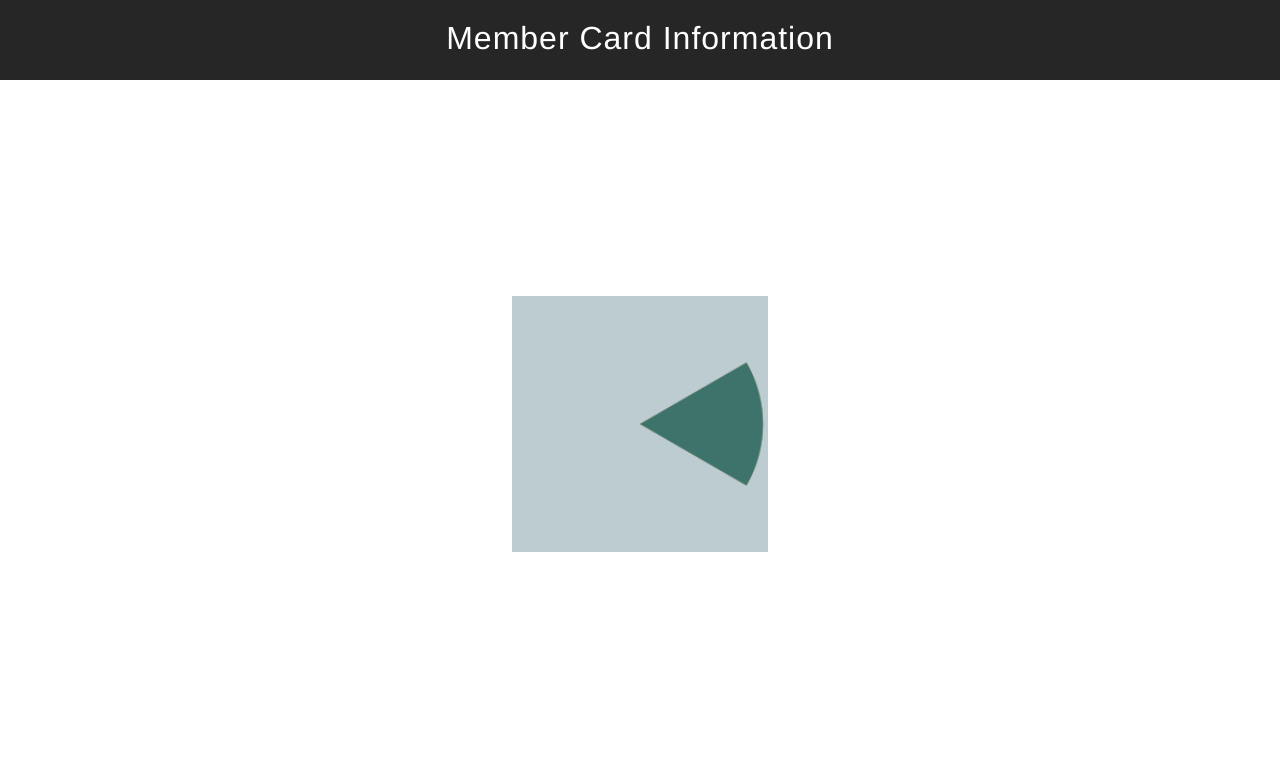
Repository: Leooook/lzhao-fed-test
Page: /
These files come from the project's save history. The page is drawn as it stood at one moment and after the next save; the edit follows.
The browser window is 1280 px wide. The pictures show the whole page.
The page's requests for data from a server got no answer. The project was rebuilt for these pictures with package versions that can differ from the ones it lists, and the page was loaded fresh each time. No one was signed in, and anything a server would have sent is missing. Also part of the build but not shown: src/components/detail.jsx.

Above is the page before, as saved 2021-03-15 18:26:50.

After the next save:
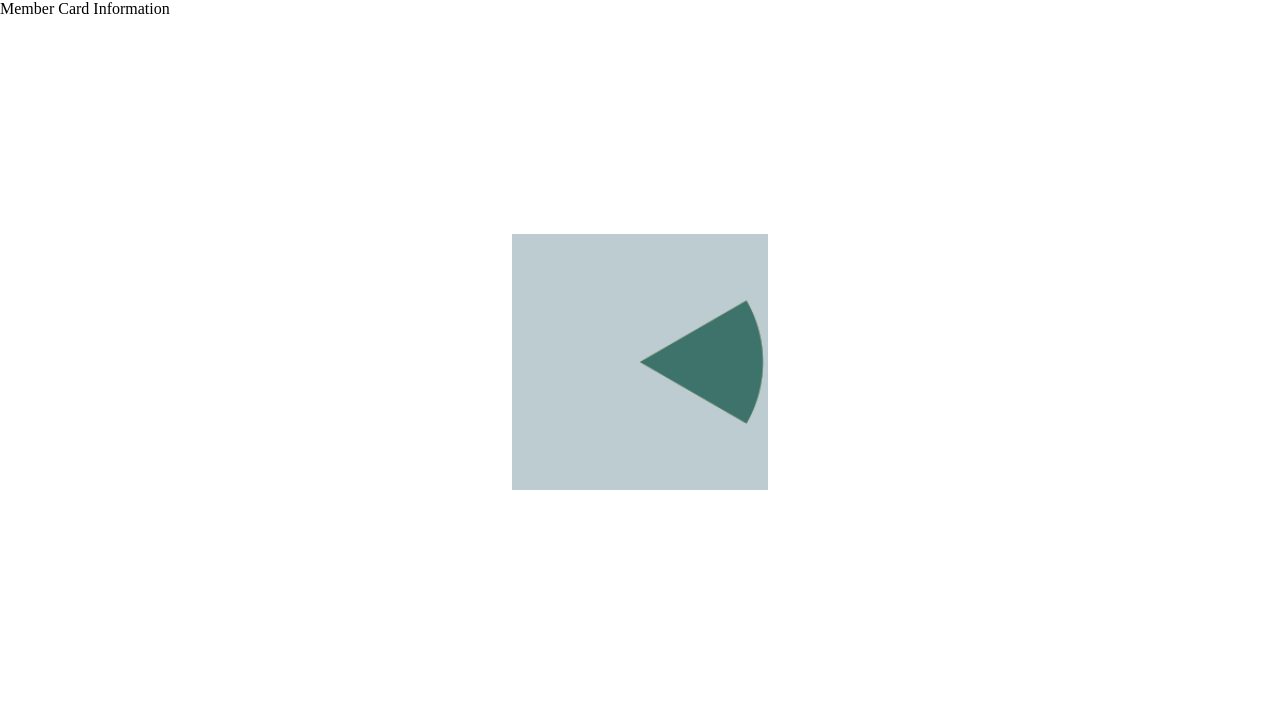
Saved 18 s later.
--- a/src/App.css
+++ b/src/App.css
@@ -15,16 +15,7 @@
 	min-height: 100vh;
 }
 /* header */
-.header {
-	background-color: var(--nav-black);
-	height: 80px;
-	padding: 20px;
-	font-size: 2rem;
-	font-family: var(--capitial);
-	text-align: center;
-	color: var(--white);
-	letter-spacing: 1px;
-}
+
 /* end of header */
 /* loader */
 .load {
